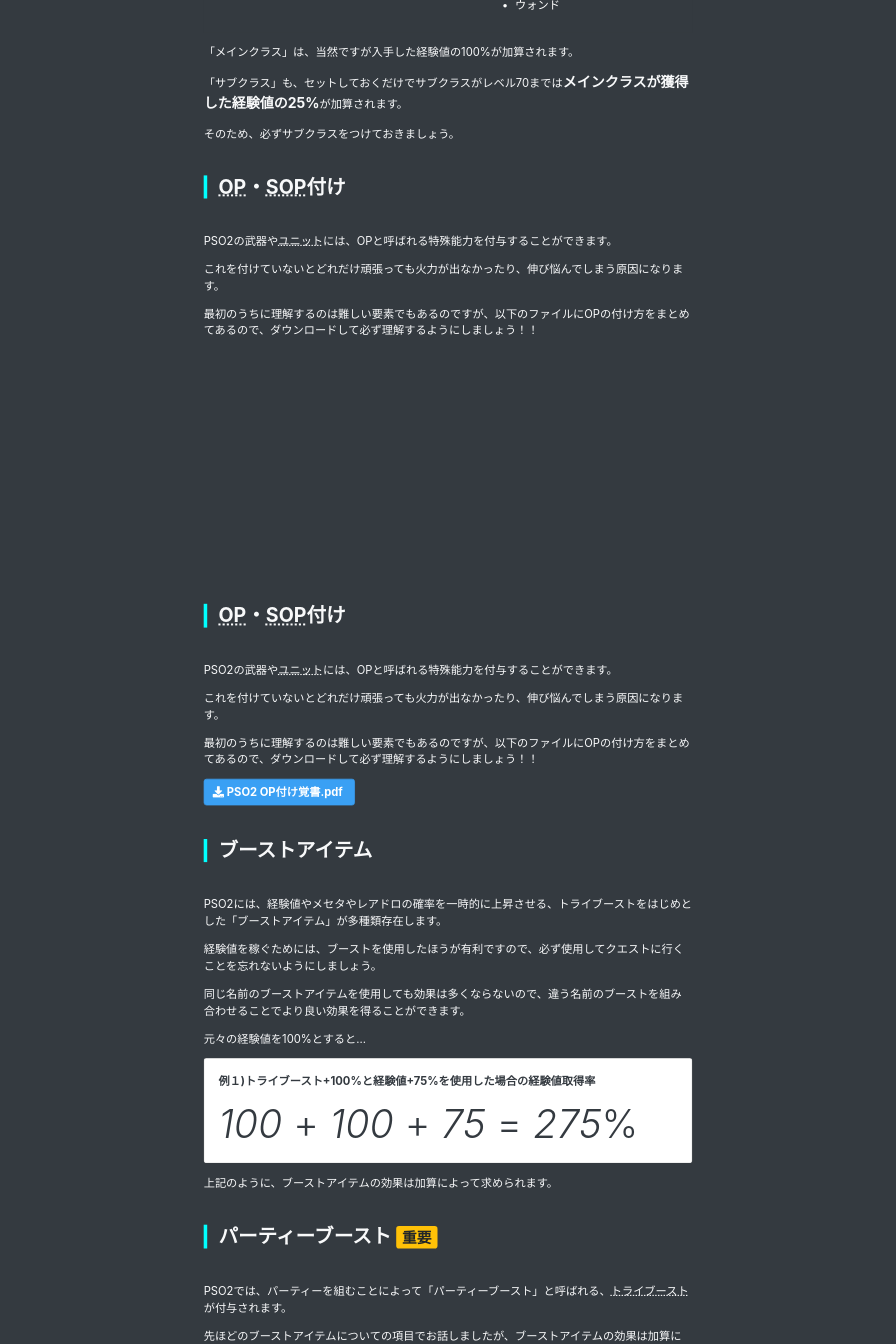
Repository: milkyahonpo/Website_source
Page: docs/capture.html
These files come from the project's save history. The page is drawn as it stood at one moment and after a run of saves; the edit follows.
The browser window is 1280 px wide. The pictures show the part of the page from y = 2832 to 4752 px (the page is 11156 px tall before and 10256 px after), at 70% of full size.
Pictures or frames that could not be fetched are drawn as grey boxes. Some web libraries are served in a nearby version.

Above is the page before, as saved 2020-02-03 09:41:16.

### docs/capture.html
<!DOCTYPE html>
<html lang="ja">
  <head>
    <!-- Required meta tags -->
    <meta charset="utf-8">
    <meta name="viewport" content="width=device-width, initial-scale=1, shrink-to-fit=no">
    <!-- Bootstrap CSS -->
    <link rel="stylesheet" href="https://stackpath.bootstrapcdn.com/bootstrap/4.3.1/css/bootstrap.min.css" integrity="sha384-ggOyR0iXCbMQv3Xipma34MD+dH/1fQ784/j6cY/iJTQUOhcWr7x9JvoRxT2MZw1T" crossorigin="anonymous">
    <!-- My CSS -->
    <link rel="stylesheet" href="css/capture.css">
    <!-- favicon -->
    <link rel="shortcut icon" href="img/favicon.ico">
    <!-- Font Awesome -->
    <link href="https://use.fontawesome.com/releases/v5.6.1/css/all.css" rel="stylesheet">
    <!-- Google Fonts -->
    <link href="https://fonts.googleapis.com/css?family=Titillium+Web&display=swap" rel="stylesheet">

    <title>みるく屋本舗 - 攻略本 -</title>
  </head>

  <body>
  <!-- Navigation -->
  <nav class="navbar navbar-expand-lg navbar-light fixed-top py-3" id="mainNav">
    <div class="container">
      <a class="navbar-brand" href="index.html">
        <img src="./img/logo.png" width="50" height="50" alt="">
        <b>みるく屋本舗</b>
      </a>
      <button class="navbar-toggler navbar-togglar-right" type="button" data-toggle="collapse" data-target="#navbarResponsive" aria-controls="navbarResponsive" aria-expanded="false" aria-label="Toggle navigation">
        <span class="navbar-toggler-icon"></span>
      </button>
      <div class="collapse navbar-collapse" id="navbarResponsive">
        <ul class="navbar-nav ml-auto my-2 my-lg-0">
          <li class="nav-item">
            <a class="nav-link js-scroll-trigger" href="#basic">基礎知識</a>
          </li>
          <li class="nav-item">
            <a class="nav-link js-scroll-trigger" href="#lv1-50">Lv01～Lv50</a>
          </li>
          <li class="nav-item">
            <a class="nav-link js-scroll-trigger" href="#lv51-75">Lv51～Lv75</a>
          </li>
          <li class="nav-item">
            <a class="nav-link js-scroll-trigger" href="#lv76-80">Lv76～Lv80</a>
          </li>
          <li class="nav-item">
            <a class="nav-link js-scroll-trigger" href="#lv81-90">Lv81～Lv90</a>
          </li>
        </ul>
      </div>
    </div>
  </nav>
  <!-- About Section -->
  <section class="page-section h-100 bg-dark text-light">
    <div class="container h-100">
      <div class="row h-100 justify-content-center align-items-center">
        <div class="col-lg-8">
          <h2 class="display-1 mt-0 font-weight-bold text-center"><span style="color: cyan;">攻</span>略本</h2>
          <hr class="divider my-4">
          <p class="lead text-center">チムメンに役立つ育成情報を掲載します！</p>
          <p class="text-center"><small>最終更新 : 2020/01/23</small></p>
        </div>
      </div>
    </div>
  </section>

  <div class="page-section bg-dark text-light">
    <div class="container">
      <div class="row py-5 justify-content-center" id="basic">
        <div class="col-md-8">
          <h2 class="font-weight-bold">基礎知識</h2>
          <h3 class="my-5 pl-3"><strong class="font-weight-bold">メインクラスとサブクラス</strong></h3>
          <div class="px-3">
            <div>
              PSO2には「メインクラス」と「サブクラス」があります。
              <ul>
                <li>「メインクラス」装備できる武器に影響するクラス</li>
                <li>「サブクラス」一部のスキルとステータスの影響を受けるクラス<br>
              </ul>
              以下にクラス一覧と、その装備できる武器について示します。
            <div>
            <p class="alert alert-info">ガンスラッシュはどのクラスでも使用することができます。</p>
            <h4>通常クラス</h4>
            <table class="table table-striped table-hover my-3 table-dark">
              <tr><th>アイコン</th><th>クラス名</th><th>略称</th><th>装備できる武器</th></tr>
              <tr><td><img class="img-thumbnail" src="img/Hu.png"　style="display: inline-block" width="50px" height="auto"></td><td><a href="https://pso2.swiki.jp/index.php?%E3%83%8F%E3%83%B3%E3%82%BF%E3%83%BC">ハンター</a></td><td>Hu</td><td><ul><li>ソード</li><li>ワイヤードランス</li><li>パルチザン</li></ul></td></tr>
              <tr><td><img class="img-thumbnail" src="img/Fi.png"　style="display: inline-block" width="50px" height="auto"></td><td><a href="https://pso2.swiki.jp/index.php?%E3%83%95%E3%82%A1%E3%82%A4%E3%82%BF%E3%83%BC">ファイター</a></td><td>Fi</td><td><ul><li>ツインダガー</li><li>ダブルセイバー</li><li>ナックル</li></ul></td></tr>
              <tr><td><img class="img-thumbnail" src="img/Ra.png"　style="display: inline-block" width="50px" height="auto"></td><td><a href="https://pso2.swiki.jp/index.php?%E3%83%AC%E3%83%B3%E3%82%B8%E3%83%A3%E3%83%BC">レンジャー</a></td><td>Ra</td><td><ul><li>ランチャー</li><li>アサルトライフル</li></ul></td></tr>
              <tr><td><img class="img-thumbnail" src="img/Gu.png"　style="display: inline-block" width="50px" height="auto"></td><td><a href="https://pso2.swiki.jp/index.php?%E3%82%AC%E3%83%B3%E3%83%8A%E3%83%BC">ガンナー</a></td><td>Gu</td><td><ul><li>ツインマシンガン</li><li>アサルトライフル</li></ul></td></tr>
              <tr><td><img class="img-thumbnail" src="img/Fo.png"　style="display: inline-block" width="50px" height="auto"></td><td><a href="https://pso2.swiki.jp/index.php?%E3%83%95%E3%82%A9%E3%83%BC%E3%82%B9">フォース</a></td><td>Fo</td><td><ul><li>ロッド</li><li>タリス</li></ul></td></tr>
              <tr><td><img class="img-thumbnail" src="img/Te.png"　style="display: inline-block" width="50px" height="auto"></td><td><a href="https://pso2.swiki.jp/index.php?%E3%83%86%E3%82%AF%E3%82%BF%E3%83%BC">テクター</a></td><td>Te</td><td><ul><li>ウォンド</li><li>タリス</li></ul></td></tr>
              <tr><td><img class="img-thumbnail" src="img/Br.png"　style="display: inline-block" width="50px" height="auto"></td><td><a href="https://pso2.swiki.jp/index.php?%E3%83%96%E3%83%AC%E3%82%A4%E3%83%90%E3%83%BC">ブレイバー</a></td><td>Br</td><td><ul><li>カタナ</li><li>バレットボウ</li></ul></td></tr>
              <tr><td><img class="img-thumbnail" src="img/Bo.png"　style="display: inline-block" width="50px" height="auto"></td><td><a href="https://pso2.swiki.jp/index.php?%E3%83%90%E3%82%A6%E3%83%B3%E3%82%B5%E3%83%BC">バウンサー</a></td><td>Bo</td><td><ul><li>ジェットブーツ</li><li>デュアルブレード</li></ul></td></tr>
              <tr><td><img class="img-thumbnail" src="img/Su.png"　style="display: inline-block" width="50px" height="auto"></td><td><a href="https://pso2.swiki.jp/index.php?%E3%82%B5%E3%83%A2%E3%83%8A%E3%83%BC">サモナー</a></td><td>Su</td><td><ul><li>タクト</li></ul></td></tr >
            </table>
            <div class="my-5">
              <p>これらの通常クラスのいずれか２つをレベル75にすることで選択可能になる<strong class="lead font-weight-bold">「後継クラス」</strong>というものがあります。</p>
              <p>後継クラスは現状で３つあり、ファントムとエトワールはサブクラスとしてセットすることができますが、メインクラスとして使う場合、<strong class="lead font-weight-bold">全てサブクラスをセットすることができません。</strong>その代わりに、各クラス特徴のある強力なクラススキルを有しており、非常に優秀なクラスとなっています。</p>
            </div>
            <h4>後継クラス</h4>
            <table class="table table-striped table-hover my-3 table-dark">
              <tr><th>アイコン</th><th>クラス名</th><th>略称</th><th>装備できる武器</th></tr>
              <tr><td><img class="img-thumbnail" src="img/Hr.png"　style="display: inline-block" width="50px" height="auto"></td class="align-items-center"><td><a href="https://pso2.swiki.jp/index.php?%E3%83%92%E3%83%BC%E3%83%AD%E3%83%BC">ヒーロー</a></td><td>Hr</td><td><ul><li>ソード</li><li>ツインマシンガン</li><li>タリス</li></ul></td></tr>
              <tr><td><img class="img-thumbnail" src="img/Ph.png"　style="display: inline-block" width="50px" height="auto"></td><td><a href="https://pso2.swiki.jp/index.php?%E3%83%95%E3%82%A1%E3%83%B3%E3%83%88%E3%83%A0">ファントム</a></td><td>Ph</td><td><ul><li>カタナ</li><li>アサルトライフル</li><li>ロッド</li></td></tr>
              <tr><td><img class="img-thumbnail" src="img/Et.png"　style="display: inline-block" width="50px" height="auto"></td><td><a href="https://pso2.swiki.jp/index.php?%E3%82%A8%E3%83%88%E3%83%AF%E3%83%BC%E3%83%AB">エトワール</a></td><td>Et</td><td><ul><li>ダブルセイバー</li><li>デュアルブレード</li><li>ウォンド</li></td></tr>
            </table>
            <p>「メインクラス」は、当然ですが入手した経験値の100%が加算されます。</p>
            <p>「サブクラス」も、セットしておくだけでサブクラスがレベル70までは<strong class="lead font-weight-bold">メインクラスが獲得した経験値の25%</strong>が加算されます。</p>
            <p>そのため、必ずサブクラスをつけておきましょう。</p>
          </div>
          <h3 class="my-5 pl-3"><strong class="font-weight-bold"><abbr title="特殊能力(DL先のファイルに詳細)">OP</abbr>・<abbr title="S級特殊能力(DL先のファイルに詳細)">SOP</abbr>付け</strong></h3>
          <p>PSO2の武器や<abbr title="防具のこと">ユニット</abbr>には、OPと呼ばれる特殊能力を付与することができます。</p>
          <p>これを付けていないとどれだけ頑張っても火力が出なかったり、伸び悩んでしまう原因になります。</p>
          <p>最初のうちに理解するのは難しい要素でもあるのですが、以下のファイルにOPの付け方をまとめてあるので、ダウンロードして必ず理解するようにしましょう！！</p>
          <div class="movie-box">
            <iframe width="560" height="315" src="https://www.youtube-nocookie.com/embed/dSWcW5Sa8bw" frameborder="0" allow="accelerometer; autoplay; encrypted-media; gyroscope; picture-in-picture" allowfullscreen></iframe>
          </div>
          <h3 class="my-5 pl-3"><strong class="font-weight-bold"><abbr title="特殊能力(DL先のファイルに詳細)">OP</abbr>・<abbr title="S級特殊能力(DL先のファイルに詳細)">SOP</abbr>付け</strong></h3>
          <p>PSO2の武器や<abbr title="防具のこと">ユニット</abbr>には、OPと呼ばれる特殊能力を付与することができます。</p>
          <p>これを付けていないとどれだけ頑張っても火力が出なかったり、伸び悩んでしまう原因になります。</p>
          <p>最初のうちに理解するのは難しい要素でもあるのですが、以下のファイルにOPの付け方をまとめてあるので、ダウンロードして必ず理解するようにしましょう！！</p>
          <a class="text-decoration-none" href="./document/PSO2 OP付け覚書.pdf" download="PSO2 OP付け覚書.pdf">
            <button class="btn btn-primary">
              <span class="text-decoration-none"><i class="fas fa-download"></i><b class="px-1">PSO2 OP付け覚書.pdf</b></span>
            </button>
          </a>
          <h3 class="my-5 pl-3"><strong class="font-weight-bold">ブーストアイテム</strong></h3>
          <p>PSO2には、経験値やメセタやレアドロの確率を一時的に上昇させる、トライブーストをはじめとした「ブーストアイテム」が多種類存在します。</p>
          <p>経験値を稼ぐためには、ブーストを使用したほうが有利ですので、必ず使用してクエストに行くことを忘れないようにしましょう。</p>
          <p>同じ名前のブーストアイテムを使用しても効果は多くならないので、違う名前のブーストを組み合わせることでより良い効果を得ることができます。</p>
          <p>元々の経験値を100%とすると...</p>
          <div class="card mb-3 text-dark">
            <div class="card-body">
            <p><b>例１)トライブースト+100%と経験値+75%を使用した場合の経験値取得率</b></p>
            <strong class="my-1 display-4"><var>100</var> + <var>100</var> + <var>75</var> = <var>275</var>%</strong>
            </div>
          </div>
          <p>上記のように、ブーストアイテムの効果は加算によって求められます。</p>

          <h3 class="my-5 pl-3"><strong class="font-weight-bold">パーティーブースト </strong><span class="badge badge-warning">重要</span></h3>
          <p>PSO2では、パーティーを組むことによって「パーティーブースト」と呼ばれる、<abbr title="略称「トラブ」 メセタ、レアドロ、経験値獲得量UP">トライブースト</abbr>が付与されます。</p>
          <p>先ほどのブーストアイテムについての項目でお話しましたが、ブーストアイテムの効果は加算によって求めることができます。</p>
          <p>しかし、<strong class="lead font-weight-bold">パーティーブーストだけは乗算でかかります。</strong>パーティーが二人以上の場合のパーティーの人数をXとすると、パーティーブーストは1.X倍になります。</p>
          <div class="card mb-3 text-dark">
            <div class="card-body">
            <p><b>例２)例１の場合でパーティー４人の場合の経験値取得率</b></p>
            <strong class="my-1 display-4"><var>275</var> * <var>1.4</var> = <span class="enh"><var>385</var>%</span></strong><br>
            </div>
          </div>
          <p>絶対に４人パーティーで行きましょう！</p>

          <h3 class="my-5 pl-3"><strong class="font-weight-bold">PSO2の日(毎月2日 +プレミアムは22日)</strong></h3>
          <p>この日だけは、終日トライブースト+100%が標準で付きます。</p>
          <p>この日にレベルアップクエストを全力で周回しましょう！</p>
          <p>また、ボーナスキー東京・金ももらえますので、必ずログインしましょう！</p>

          <h3 class="my-5 pl-3"><strong class="font-weight-bold">プレミアムアカウント </strong><span class="badge badge-warning">重要</span></h3>
          <p>プレミアムアカウントだと、その期間は常にトライブースト+50%が付与されます。</p>
          <p>また、プレミアムアカウントだとプレミアムドリンクを飲むことができ、確定で経験値UPの効果を得られるドリンクを飲むことができます！</p>
          <p>一応ノーマルアカウントでもランダムで出ますが、そちらは+10%でこちらは+15%なので、地味にありがたいことであったりします。</p>
          <p>その他多くのメリットがあり、非常におすすめです。詳細は以下からご確認ください。</p>
          <a href="http://pso2.jp/players/manual/preparations/ac/#sys-manual-513"><button class="btn btn-primary"><i class="fas fa-question-circle"></i> プレミアムアカウントについて</button></a>
        </div>
      </div>
      <div class="row py-5 justify-content-center" id="lv1-50">
        <div class="col-lg-8">
          <h2><b>Lv01～50</b></h2>
          <h3 class="my-5 pl-3"><strong class="font-weight-bold">クエストに行かない！</strong></h3>
          <div class="px-3">
            <p>それが大事です。ひたすらに。</p>
            <p>理由としては、難易度的にも効率的にも、経験値がおいしくないからです。</p>
            <p>初心者として始めた時点だと、倉庫に「経験値獲得チケット」が眠っているので、まずはそれを使ってドシドシとレベルを上げていきましょう！</p>
            <p>１レベル上がるのに必要な経験値が一気に上がるのは41レベル以降なので、そこまでは一気に上がっていくはずです。</p>
            <p><strong class="lead font-weight-bold">しかし！！</strong>以下の注意点があります...</p>
          </div>
          <h3 class="my-5 pl-3"><strong class="font-weight-bold">レベル制限解除試練・Ⅰ<span class="mx-3">or</span>Ⅱ</strong></h3>
          <div class="px-3">
            <p><strong class="lead font-weight-bold">ゲートエリアのNPCコフィーのクライアントオーダー</strong>から、Ⅰはクラスレベル20、Ⅱはクラスレベル35になると受けることができます。</p>
            <p>このオーダーをクリアしておかないと、レベル30とレベル40の時点で<abbr title="レベルがそれ以上上がらない状態になること">レベルキャップ</abbr>を迎えてしまいます。そうなると経験値チケットを使用しても無駄になるだけなので、しっかりと解放しておきましょう！</p>
          </div>
        </div>
      </div>
      <div class="row py-5 justify-content-center" id="lv51-75">
        <div class="col-lg-8">
          <h2 class="mb-5"><b>Lv51～75</b></h2>
          <h3 class="my-5 pl-3"><strong class="font-weight-bold">ボーナスキー</strong></h3>
          <div class="px-3">
            <p><strong class="lead font-weight-bold">ここまで取っておいた君！よく我慢した！！！</strong></p>
            <p>ボーナスキーは有効期限がありますので、ここらで使うのも手ではないでしょうか。</p>
            <p>しかし、ボーナスクエストは、自身の現在のレベルに比例して取得できる経験値量が増加します。</p>
            <p>自身のレベルが80になると、取得できる経験値量の変動が頭打ちになるので、そこで使うのがもっとも効率が良い方法になります。</p>
            <p><strong class="lead font-weight-bold">PSO2の日はボーナスクエストにも経験値+100%がつく</strong>ので、期限がもつならその時に行きましょう！</p>
          </div>
          <h3 class="my-5 pl-3"><strong class="font-weight-bold">暗影渦巻く壊れた世界SH </strong><span class="badge badge-warning">重要</span></h3>
          <div class="px-3">
            <p>これより経験値がおいしいクエストは、他にはボーナスキーしかないレベルです。</p>
            <p>圧倒的経験値効率を誇るクエストなので、レベリングには必ず行きましょう！</p>
            <p><strong class="lead font-weight-bold">レベルアップクエストの仕様上、5日周期で1日来る</strong>ので必ずチェックしておきましょう。</p>
          </div>
          <h3 class="my-5 pl-3"><strong class="font-weight-bold">クラスごとの<abbr title="スキルポイント スキルツリーのスキルを取得するために必要になる レベル1UPごとに1SP">SP</abbr>取得クライアントオーダー </strong><span class="badge badge-warning">重要</span></h3>
          <div class="px-3">
            <p>レベル75になると、クラスキューブというアイテムを渡すことによって、クラスごとにSPを獲得できるクライアントオーダーが解放されます。</p>
            <p>クラスキューブとは、ハンターであれば「Huエクスキューブ」といったような、クラスの略称がついたアイテムになります。</p>
            <p>全てのクラス共通で、最初は1個、次は2個、3個、4個と要求数が増えていき、全4つのオーダーで合計10個のクラスキューブが必要になります。</p>
            <p><strong class="lead font-weight-bold">ゲートエリアのNPCシロナの「トレジャーショップ」</strong>から、SGまたはメセタを使用してクラスキューブを購入することができます。売っているクラスキューブは日替わりなので、自分の欲しいクラスキューブが陳列された時に購入しましょう！</p>
            <p>また、レベル90のレベルキャップに到達した状態でレベルアップすることで、そのクラスのクラスキューブを<strong class="lead font-weight-bold">レベルアップごとに７個</strong>取得することができます。</p>
          </div>
        </div>
      </div>
          <!--
          <h3 class="my-5 pl-3"><strong class="font-weight-bold">レベル75制限解除試験・○○ </strong><span class="badge badge-info">後継クラスのみ</span></h3>
          <p>レベル75制限解除試験とは、その名の通りレベル75のレベルキャップを解放するクライアントオーダーです。</p>
          <p>これまでもレベル30の時点やレベル40の時点にも存在したものと同じになります。</p>
          <p>このレベルキャップ解放はクラスごとにクリアする必要があります。</p>
          <p>条件は、<br>
          <strong class="lead font-weight-bold">「<abbr title="ガンスラッシュは対象外です">メインクラスで装備できる武器種</abbr>の☆13以上を+35まで強化する」</strong><br>
          というものになります。</p>
          <p><strong class="lead font-weight-bold">ゲートエリアのNPCプリンの「コレクトシート」</strong>で、☆13武器の+35をゲットするだけで達成することができます。</p>
          <p>コレクトシートとは、数あるアイテムの中から自身が欲しいアイテムを選択し、そのアイテムのシートを入手したのちに、シート中に記載されている必要項目を全達成することで対象のアイテムが入手できるというものです。</p>
          <p>それぞれの項目に指定された条件を達成すると項目のゲージが上昇していき、ゲージが最大になった時にドロップするアイテムを入手することで項目が達成されます。</p>
          <p>基本的にコレクトシートの項目の条件は、入手した時点で開催されている緊急クエストや期間限定クエストで達成できるものが設定されているので、どんどん参加しましょう！</p>
          -->

      <div class="row py-5 justify-content-center" id="lv76-80">
        <div class="col-lg-8">
          <h2 class="mb-5"><b>Lv76～80</b></h2>
          <h3 class="my-5 pl-3"><strong class="font-weight-bold">必要経験値の異常なまでの上昇 </strong><span class="badge badge-danger">難関</span></h3>
          <p><strong class="lead font-weight-bold">今までとは比べ物にならないくらいにレベルが上がらなくなってきます。</strong></p>
          <p>ただ、昔のPSO2と比較したら今はボーナスキーもあり、レベルアップクエストなんてものもあり、
          そのうえPSO2の日では経験値+100%で、プレミアムなら毎日トライブースト+50%もつくだって！？</p>
          <strong class="lead font-weight-bold">めげずに頑張りましょう！私たちがついています！</strong>

          <h3 class="my-5 pl-3"><strong class="font-weight-bold">ボーナスキー </strong></h3>
          <p>それはここでも同じです。</p>
          <p>PSO2で経験値が一番おいしいクエストは間違いなくボーナスキー！</p>
          <p>手に入れたらPSO2の日をねらって絶対に行きましょう！</p>
          <p>(ブーストアイテムを忘れずにね！)</p>

          <h3 class="my-5 pl-3"><strong class="font-weight-bold">暗影渦巻く壊れた世界XH </strong><span class="badge badge-success">更新時点 推奨</span></h3>
          <p>現状最強武器の「リバレイト〇〇」という武器の入手にはクラスキューブが必要になります。</p>
          <p>また、2020/02/05まで開催されている<a href="http://pso2.jp/players/event/newyear2020/">SPACE MAGATSU DESTROYERS</a>の個人ポイント獲得はこの暗影でもためることができ、暗影は1周2分で周回できるので非常に高効率となっています。(本来あってはならないことかもしれませんが...)</p>
          <p>以上の理由から、現時点では高レベルのプレイヤーも暗影を周回しており、人がすぐに集まることも多いため、以下に記載してあるSHを周回するよりも圧倒的に高効率でレベルアップすることができます。</p>

          <h3 class="my-5 pl-3"><strong class="font-weight-bold">暗影渦巻く壊れた世界SH </strong><span class="badge badge-secondary">更新時点 非推奨</span></h3>
          <p>「え？なんでまだこの段階でもXH行かないの？」</p>
          <p>そう思う方も多いことでしょう。</p>
          <p>試しにXHに行ってみた方はわかると思いますが、
          <strong class="lead font-weight-bold">クエストに12人いることのほうが少ないです。</strong></p>
          <p>理由はSHとXHの受注可能なレベル帯の差にあります。</p>
          <p>SHはレベル50から受注可能で、XHには、メインサブの双方を75まで上げないと行けません。</p>
          <p>なので、SHを回るのは、75-50=レベル25分の幅の方で、
          なおかつメインはレベル75であってもサブはまだという方も含まれます。</p>
          <p>それに対してXHはレベル75から受注可能で、最大はレベル90です。</p>
          <p>なので、XHを回るのは、90-75=レベル15分の幅の方で、
          なおかつメインサブ双方が75以上である方です。</p>
          <p>それゆえに、暗影で人数が集まるのは必然的にSHとなるわけです。</p>
          <p>人数が集まるということは、パーティーが組めるのでブーストがのる。</p>
          <p><strong class="lead font-weight-bold">そういうことです！</strong></p>

          <h3 class="my-5 pl-3"><strong class="font-weight-bold">クラスごとのSP取得クライアントオーダー </strong></h3>
          <p>Lv51～75で前述のとおりです。</p>
          <p>もしもレベル75の時点でやっていなかったのであれば、必ずここで済ませてしまいましょう！</p>

          <!--
          <h3 class="my-5 pl-3"><strong class="font-weight-bold">レベル80制限解除試験・○○ </strong></h3>
          <p>「またレベルキャップか・・・」</p>
          <p>安心してください。今回のは<b>めちゃくちゃ簡単</b>です。</p>
          <p>レベルを75にした時点で称号報酬でもらっていた、３つの<strong class="lead font-weight-bold">「サブ／ステラウォール」</strong>というユニット。</p>
          <p>若しくは、ここまで暗影を周回している人なら持っているであろう「ウェポンズバッジ2019」。</p>
          <p>それとバッジ交換ショップで交換できる☆12ユニットの、</p>
          <p><strong class="lead font-weight-bold">「リア／サーキュレイ」、「アーム／サーカレイ」、「レッグ／サークレイ」</strong>。</p>
          <p>そのどちらかのシリーズを全て+10にしてから装備して話しかけるだけで達成できます。</p>
          <p>ユニットの強化は、武器と比較してものすごく簡単なので、
          強化値+7までは補助アイテム何も無しで上げていき、
          +8以降は、「強化成功率+5%」と「強化リスク軽減(+1)」を使用して上げていくだけで十分です。</p>
          <p>もっていないのであれば、どちらも非常に安価にマイショップで販売していますので、
          どんどん上げて、ぱぱっと報告してしまいましょう！</p>
          -->
        </div>
      </div>
      <div class="row py-5 justify-content-center" id="lv81-90">
        <div class="col-lg-8">
          <h2 class="mb-5"><b>Lv81～90</b></h2>
          <h3 class="my-5 pl-3 display-4"><font color="orange">気合 <i class="fas fa-exclamation"></i></font></h3>
          <p>今までの知識をすべて駆使してレベルを上げていきましょう。</p>
          <p>ブースト、ボーナスキー、暗影...</p>
          <p><b style="font-size: 20px">頂上はもうすぐです！</b></p>
        </div>
      </div>
    </div>
  </div>
</section>
  <!-- Footer -->
  <footer class="bg-light py-5">
    <div class="container">
      <div class="small text-center text-muted">※当サイトの一部の掲載画像等に関する権利は、株式会社セガゲームズに帰属しています。</div>
      <div class="small text-center text-muted">Copyright &copy; 2019 - MYH / SEGA PHANTASY STAR ONLINE 2</div>
    </div>
  </footer>

  <!-- Bootstrap core JavaScript -->
  <script src="vendor/jquery/jquery.min.js"></script>
  <script src="vendor/bootstrap/js/bootstrap.bundle.min.js"></script>

  <!-- Plugin JavaScript -->
  <script src="vendor/jquery-easing/jquery.easing.min.js"></script>
  <script src="vendor/magnific-popup/jquery.magnific-popup.min.js"></script>

  <!-- Custom scripts for this template -->
  <script src="js/creative.min.js"></script>

    <!-- Optional JavaScript -->
    <!-- jQuery first, then Popper.js, then Bootstrap JS -->
    <script src="https://code.jquery.com/jquery-3.3.1.slim.min.js" integrity="sha384-q8i/X+965DzO0rT7abK41JStQIAqVgRVzpbzo5smXKp4YfRvH+8abtTE1Pi6jizo" crossorigin="anonymous"></script>
    <script src="https://cdnjs.cloudflare.com/ajax/libs/popper.js/1.14.7/umd/popper.min.js" integrity="sha384-UO2eT0CpHqdSJQ6hJty5KVphtPhzWj9WO1clHTMGa3JDZwrnQq4sF86dIHNDz0W1" crossorigin="anonymous"></script>
    <script src="https://stackpath.bootstrapcdn.com/bootstrap/4.3.1/js/bootstrap.min.js" integrity="sha384-JjSmVgyd0p3pXB1rRibZUAYoIIy6OrQ6VrjIEaFf/nJGzIxFDsf4x0xIM+B07jRM" crossorigin="anonymous"></script>
  </body>
</html>

### docs/js/creative.min.js
/*!
 * Start Bootstrap - Creative v5.1.6 (https://startbootstrap.com/template-overviews/creative)
 * Copyright 2013-2019 Start Bootstrap
 * Licensed under MIT (https://github.com/BlackrockDigital/startbootstrap-creative/blob/master/LICENSE)
 */

!function (e) { "use strict"; e('a.js-scroll-trigger[href*="#"]:not([href="#"])').click(function () { if (location.pathname.replace(/^\//, "") == this.pathname.replace(/^\//, "") && location.hostname == this.hostname) { var a = e(this.hash); if ((a = a.length ? a : e("[name=" + this.hash.slice(1) + "]")).length) return e("html, body").animate({ scrollTop: a.offset().top - 72 }, 1e3, "easeInOutExpo"), !1 } }), e(".js-scroll-trigger").click(function () { e(".navbar-collapse").collapse("hide") }), e("body").scrollspy({ target: "#mainNav", offset: 75 }); function a() { 100 < e("#mainNav").offset().top ? e("#mainNav").addClass("navbar-scrolled") : e("#mainNav").removeClass("navbar-scrolled") } a(), e(window).scroll(a)/*, e("#portfolio").magnificPopup({ delegate: "a", type: "image", tLoading: "Loading image #%curr%...", mainClass: "mfp-img-mobile", gallery: { enabled: !0, navigateByImgClick: !0, preload: [0, 1] }, image: { tError: '<a href="%url%">The image #%curr%</a> could not be loaded.' } })*/ }(jQuery);

Loaded but not shown: docs/css/capture.css (library); docs/vendor/jquery/jquery.min.js (library); docs/vendor/bootstrap/js/bootstrap.bundle.min.js (library); docs/vendor/jquery-easing/jquery.easing.min.js (common file); docs/vendor/magnific-popup/jquery.magnific-popup.min.js (library)

After the next 3 saves:
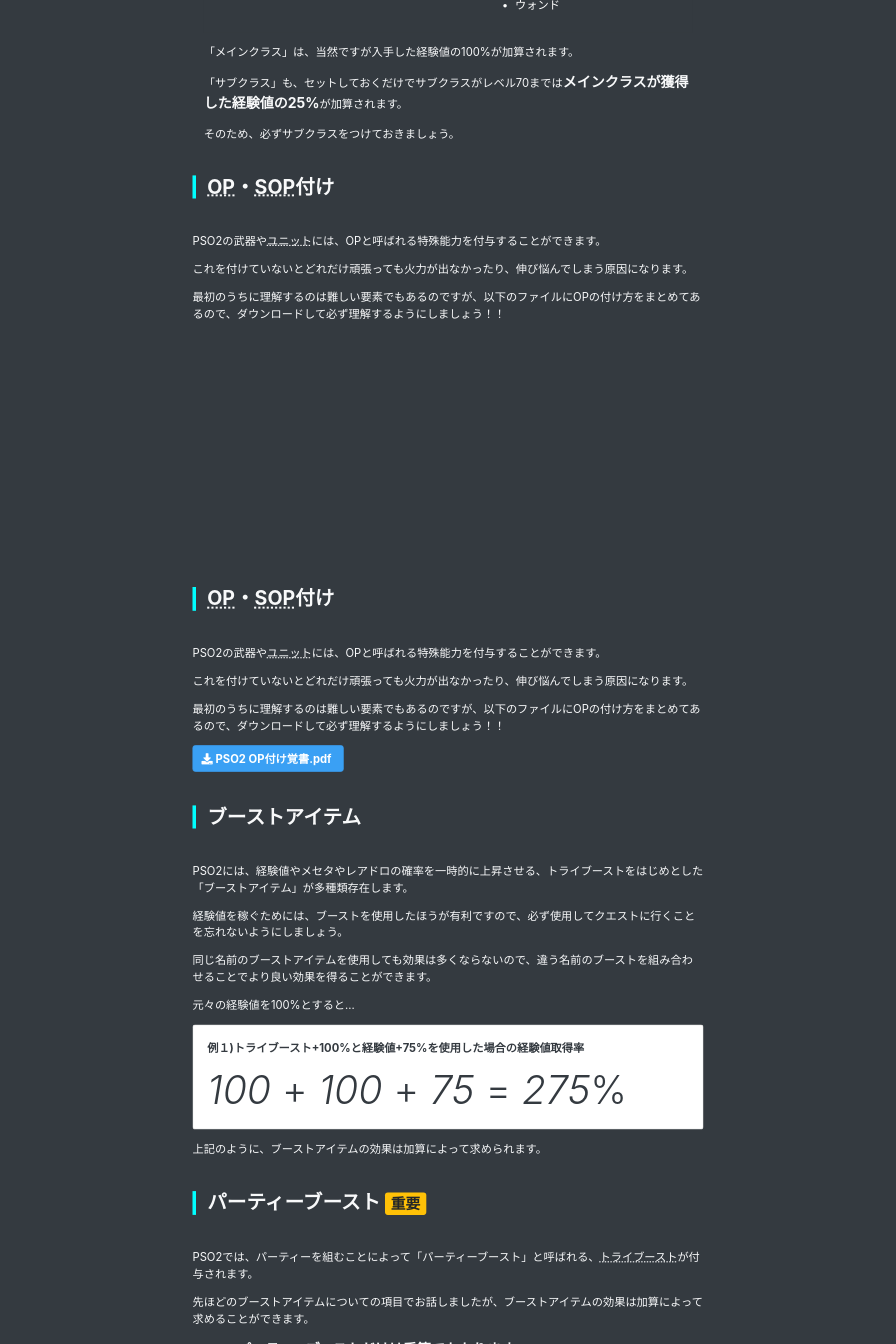
The 3 saves are shown as one change because they came seconds apart.
The last was saved 97 s later.
--- a/docs/capture.html
+++ b/docs/capture.html
@@ -78,7 +78,7 @@
                 <li>「サブクラス」一部のスキルとステータスの影響を受けるクラス<br>
               </ul>
               以下にクラス一覧と、その装備できる武器について示します。
-            <div>
+            </div>
             <p class="alert alert-info">ガンスラッシュはどのクラスでも使用することができます。</p>
             <h4>通常クラス</h4>
             <table class="table table-striped table-hover my-3 table-dark">
@@ -160,7 +160,7 @@
           <p>一応ノーマルアカウントでもランダムで出ますが、そちらは+10%でこちらは+15%なので、地味にありがたいことであったりします。</p>
           <p>その他多くのメリットがあり、非常におすすめです。詳細は以下からご確認ください。</p>
           <a href="http://pso2.jp/players/manual/preparations/ac/#sys-manual-513"><button class="btn btn-primary"><i class="fas fa-question-circle"></i> プレミアムアカウントについて</button></a>
-        </div>
+        </_div>
       </div>
       <div class="row py-5 justify-content-center" id="lv1-50">
         <div class="col-lg-8">
